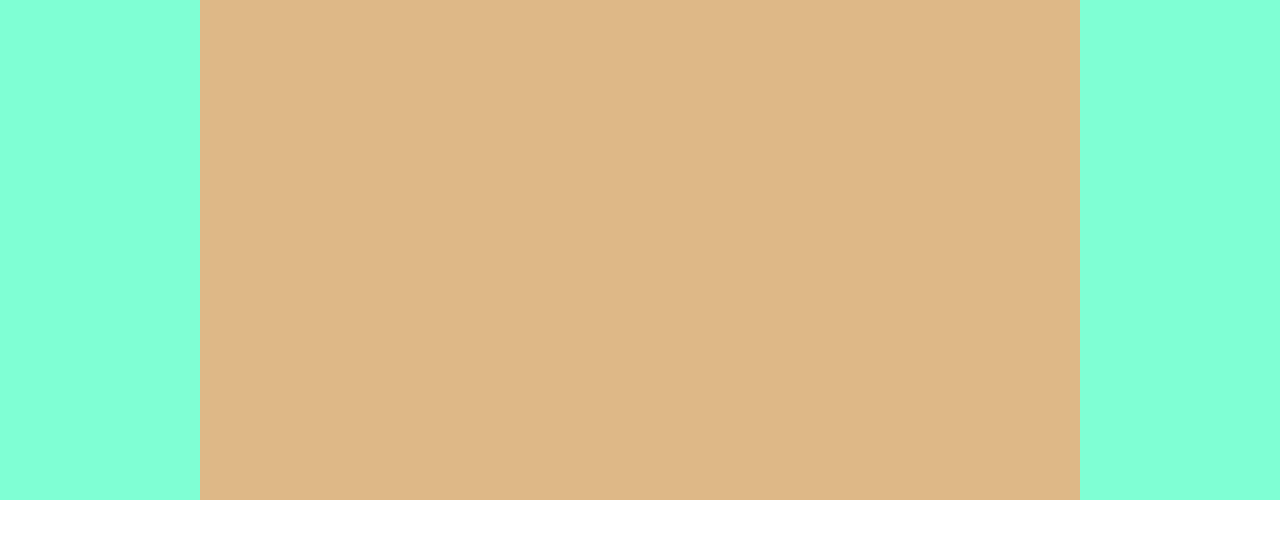
Repository: huangshaomo/study-notes
Page: webpack5/test.html
These files come from the project's save history. The page is drawn as it stood at one moment and after the next save; the edit follows.
The browser window is 1280 px wide. The pictures show the whole page.

Above is the page before, as saved 2021-01-06 15:51:16.

### webpack5/test.html
<!DOCTYPE html>
<html lang="en">
<head>
    <meta charset="UTF-8">
    <meta name="viewport" content="width=device-width, initial-scale=1.0">
    <title>Document</title>
    <style>
        *{margin: 0px; padding: 0px; line-height: 1;}
        /* .box{width: 1200px; border: 1px solid #333; height: 500px; margin: 0 auto;} */
        .left{float: left;}
        .right{float: right;}
        .slide{width: 200px; background-color: aquamarine; height: 500px;}
        .content{overflow: hidden; height: 500px; background-color: burlywood;padding: 0px 20px;}
    </style>
</head>
<body>
    <div class="box">
        <div class="slide left"></div>
        <div class="slide right"></div>

        <div class="content"></div>
    </div>
</body>
</html>

After the next save:
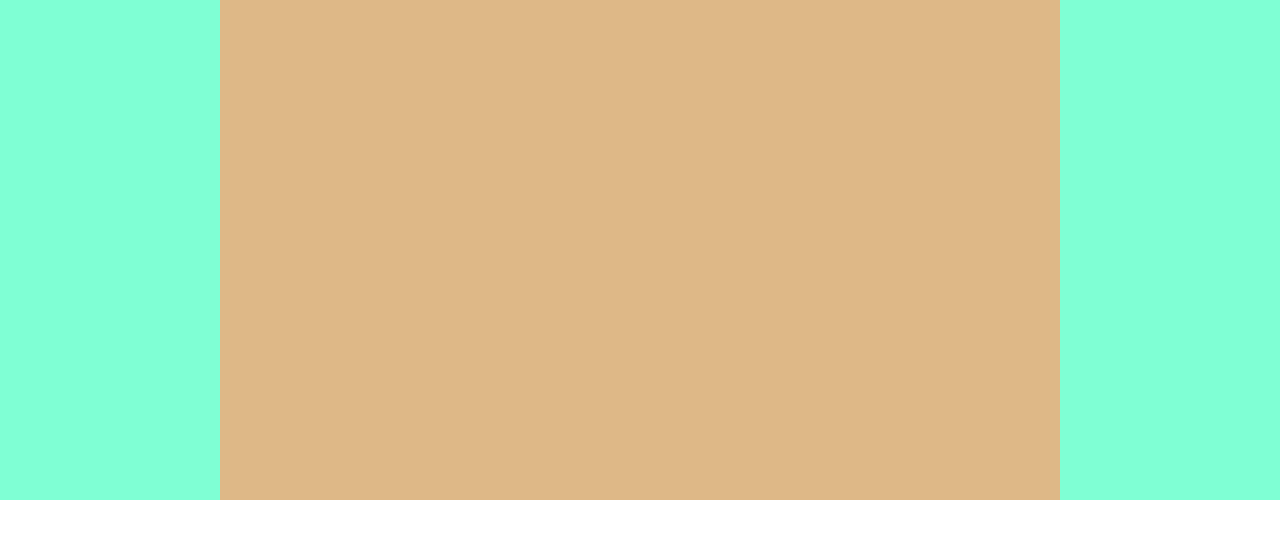
Saved 31 s later.
--- a/webpack5/test.html
+++ b/webpack5/test.html
@@ -7,10 +7,10 @@
     <style>
         *{margin: 0px; padding: 0px; line-height: 1;}
         /* .box{width: 1200px; border: 1px solid #333; height: 500px; margin: 0 auto;} */
-        .left{float: left;}
-        .right{float: right;}
+        .left{float: left; padding-right: 20px;}
+        .right{float: right; padding-left: 20px;}
         .slide{width: 200px; background-color: aquamarine; height: 500px;}
-        .content{overflow: hidden; height: 500px; background-color: burlywood;padding: 0px 20px;}
+        .content{overflow: hidden; height: 500px; background-color: burlywood;}
     </style>
 </head>
 <body>
